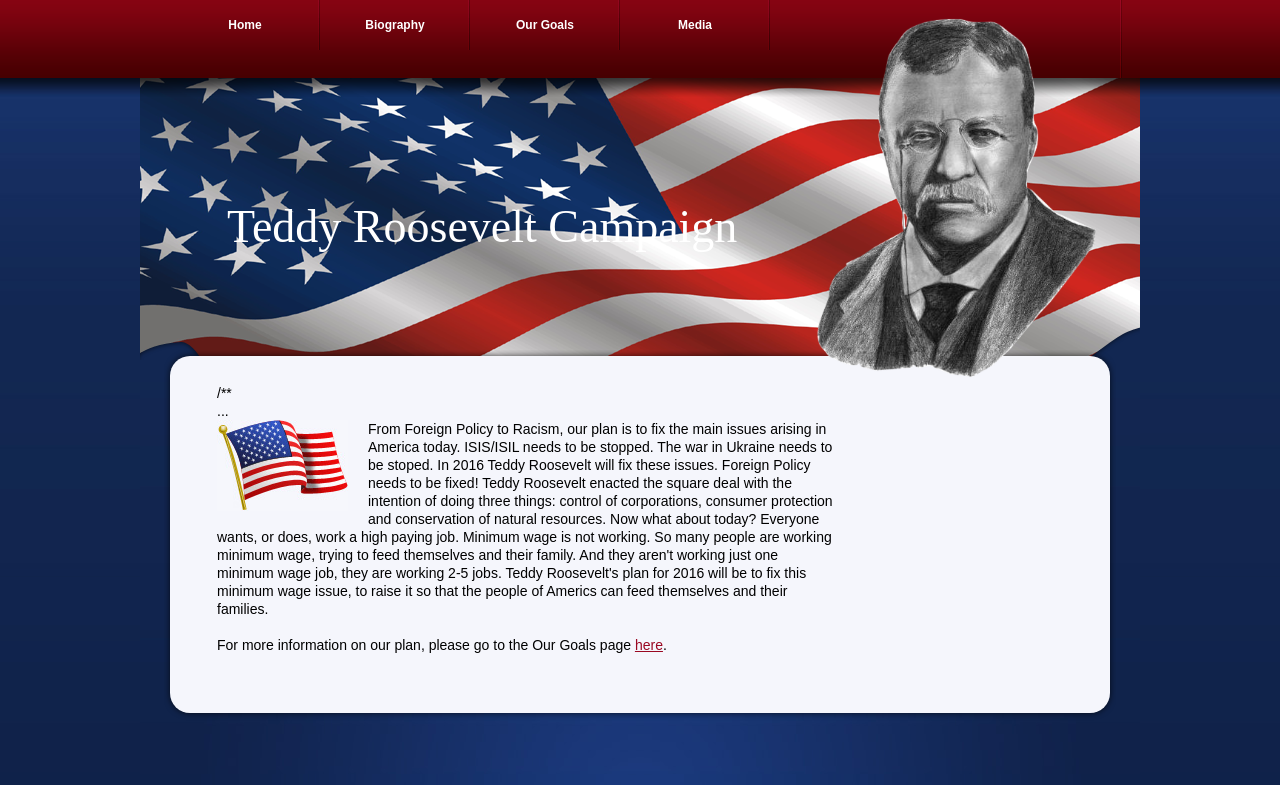
Repository: teddyroosevelt618/teddyroosevelt618.github.io
Page: index.html
The author's editor kept a record of every edit. The page is drawn from the files as they stood at one moment, then again after the next edit.
The browser window is 1280 px wide. The pictures show the whole page.

Above is the page before.

After the next edit:
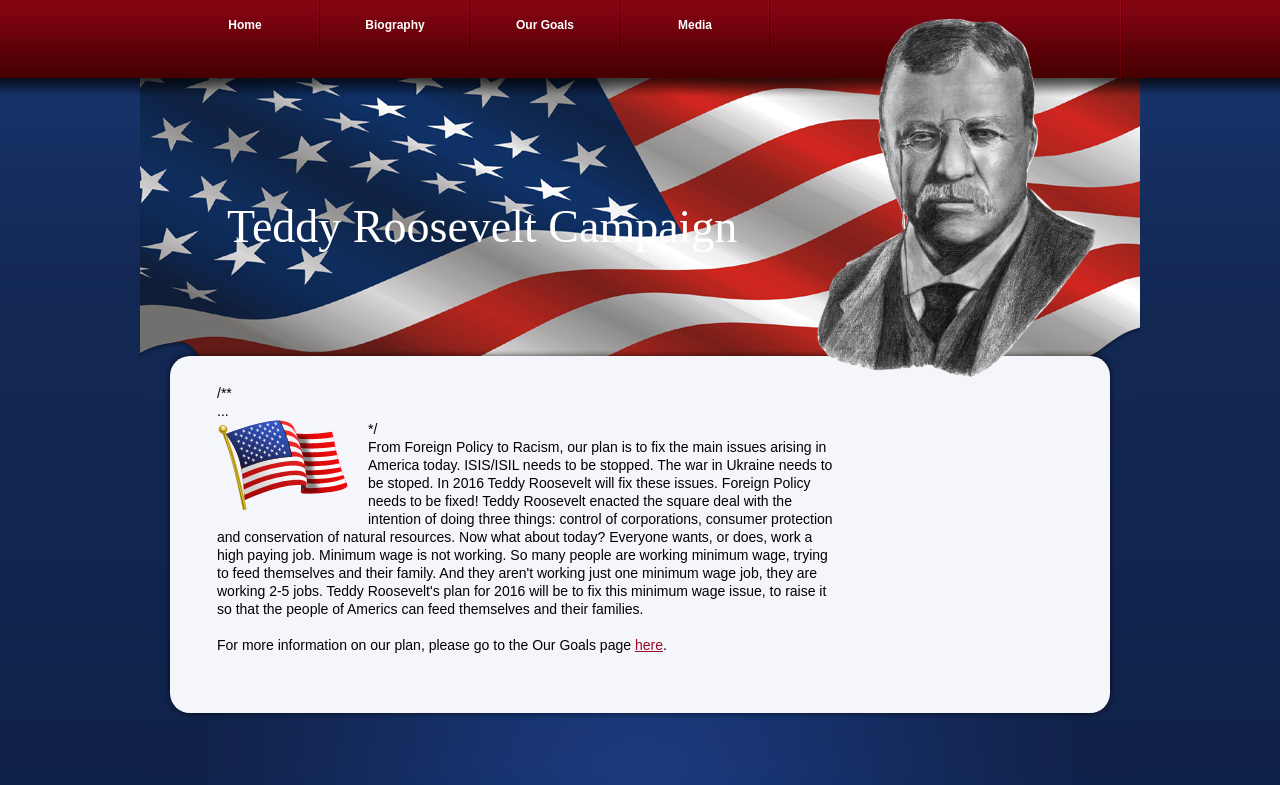
The edit:
--- a/index.html
+++ b/index.html
@@ -62,6 +62,7 @@
 var c = document.getElementsByTagName("script")[0];
 c.parentNode.insertBefore(cp, c); })(); </script><noscript>Powered by Cincopa <a href='http://www.cincopa.com/video-hosting'>Video Hosting for Business</a> solution.<span>New Gallery 2014/12/3</span><span>originaldate</span><span> 1/1/0001 6:00:00 AM</span><span>width</span><span> 311</span><span>height</span><span> 162</span><span>originaldate</span><span> 1/1/0001 6:00:00 AM</span><span>width</span><span> 599</span><span>height</span><span> 469</span><span>originaldate</span><span> 1/1/0001 6:00:00 AM</span><span>width</span><span> 605</span><span>height</span><span> 412</span></noscript>
                         </div>
+                        */
                         <figure class="left marg_right1"><img src="images/page1_img1.jpg" alt=""></figure>
                         <p>From Foreign Policy to Racism, our plan is to fix the main issues arising in America today.
                         ISIS/ISIL needs to be stopped. The war in Ukraine needs to be stoped. In 2016 Teddy Roosevelt will fix these issues.
